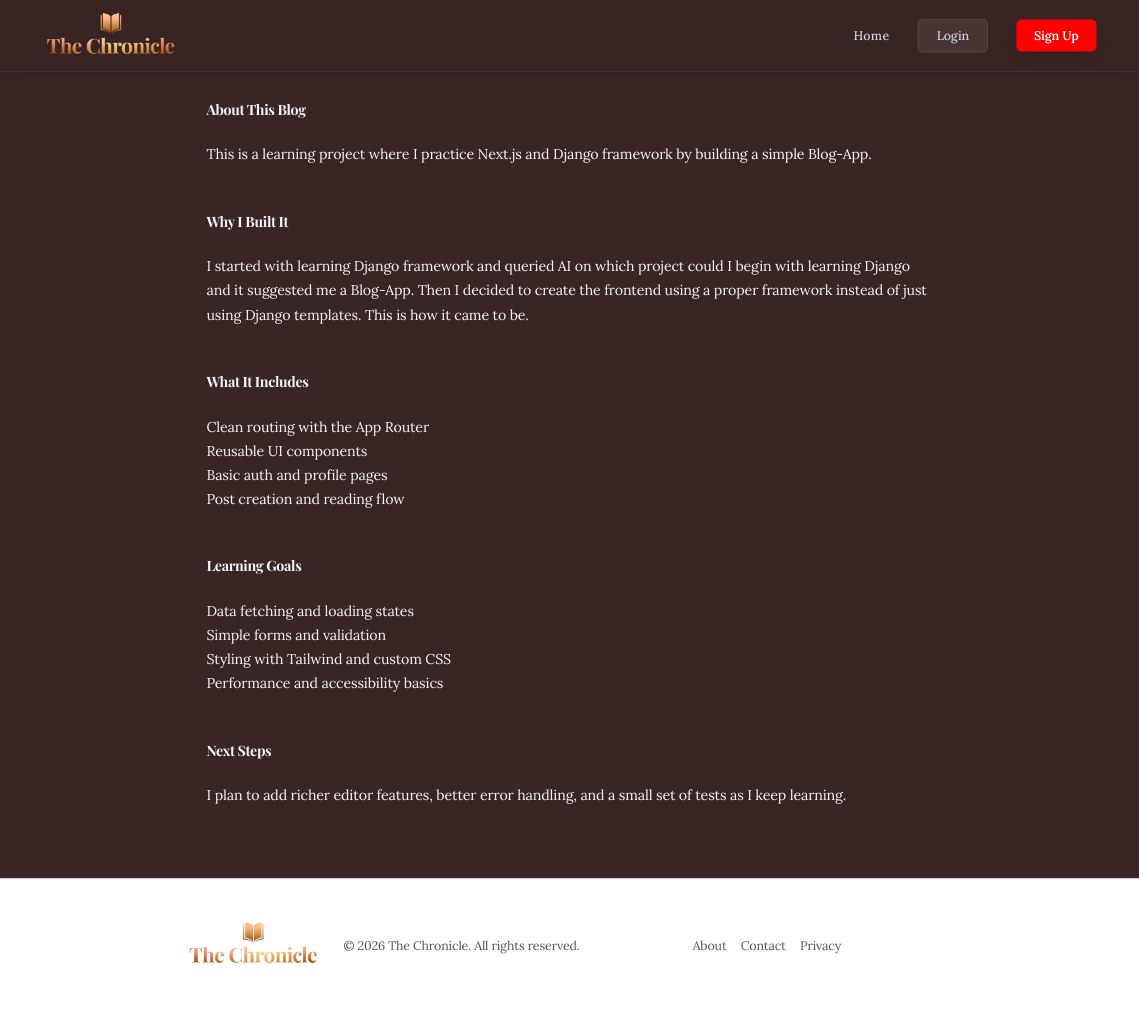
Repository: swaruplamsal/BasicBlogApp
Page: /about (app in blog-frontend/)
These files come from the project's save history. The page is drawn as it stood at one moment and after the next save; the edit follows.
The browser window is 1280 px wide. The pictures show the whole page, at 89% of full size.
The page's requests for data from a server got no answer. The project was rebuilt for these pictures with package versions that can differ from the ones it lists, and the page was loaded fresh each time. The framework's server and built-in components were replaced by stand-ins that run in the browser. No one was signed in, and anything a server would have sent is missing. Also part of the build but not shown: blog-frontend/next.config.mjs, blog-frontend/app/components/Avatar.js.

Above is the page before, as saved 2026-02-07 20:56:59.

After the next save:
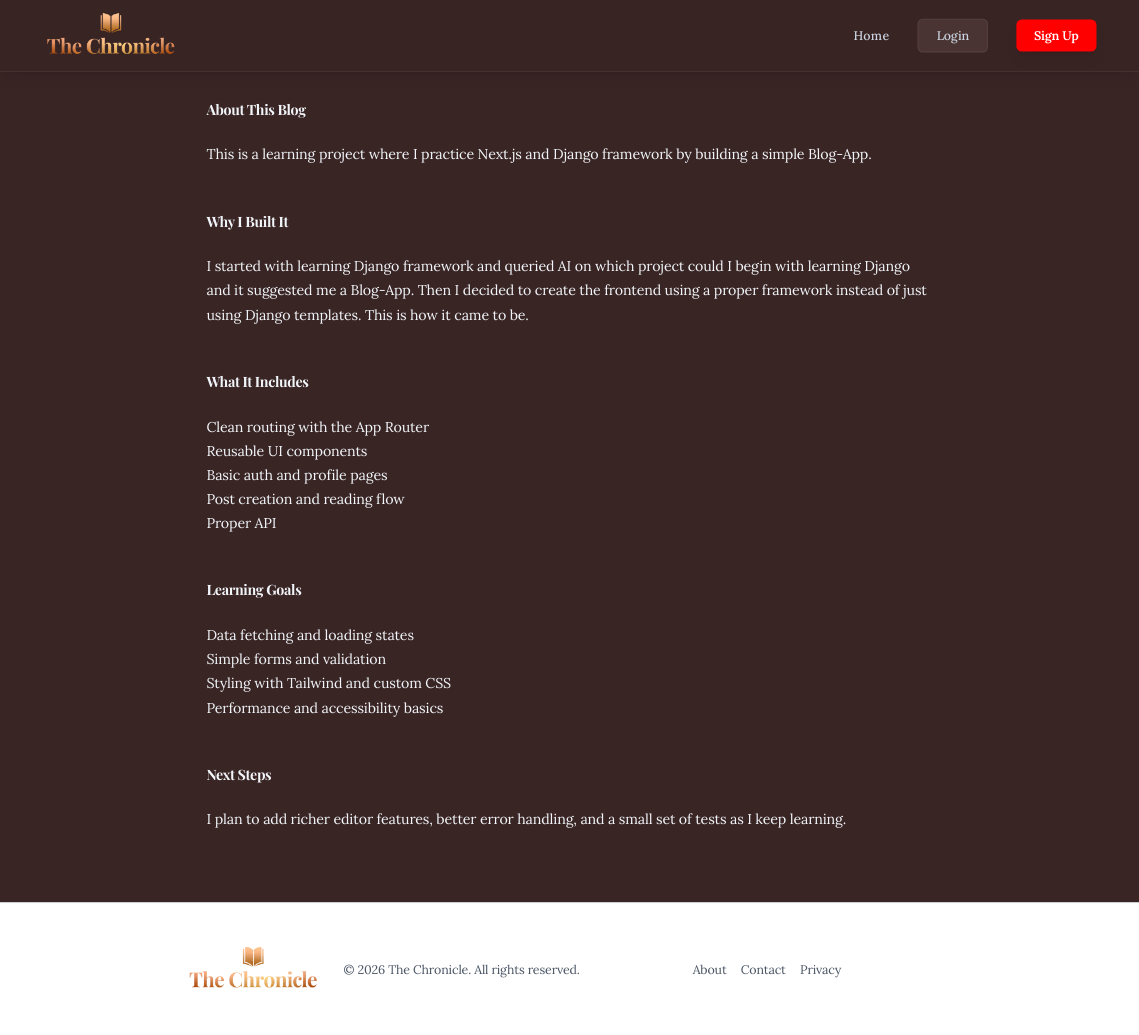
Saved 15 s later.
--- a/blog-frontend/app/about/page.js
+++ b/blog-frontend/app/about/page.js
@@ -39,7 +39,7 @@ export default function About() {
             <li>Reusable UI components</li>
             <li>Basic auth and profile pages</li>
             <li>Post creation and reading flow</li>
-            <li></li>
+            <li>Proper API </li>
           </ul>
         </section>
         <br />
